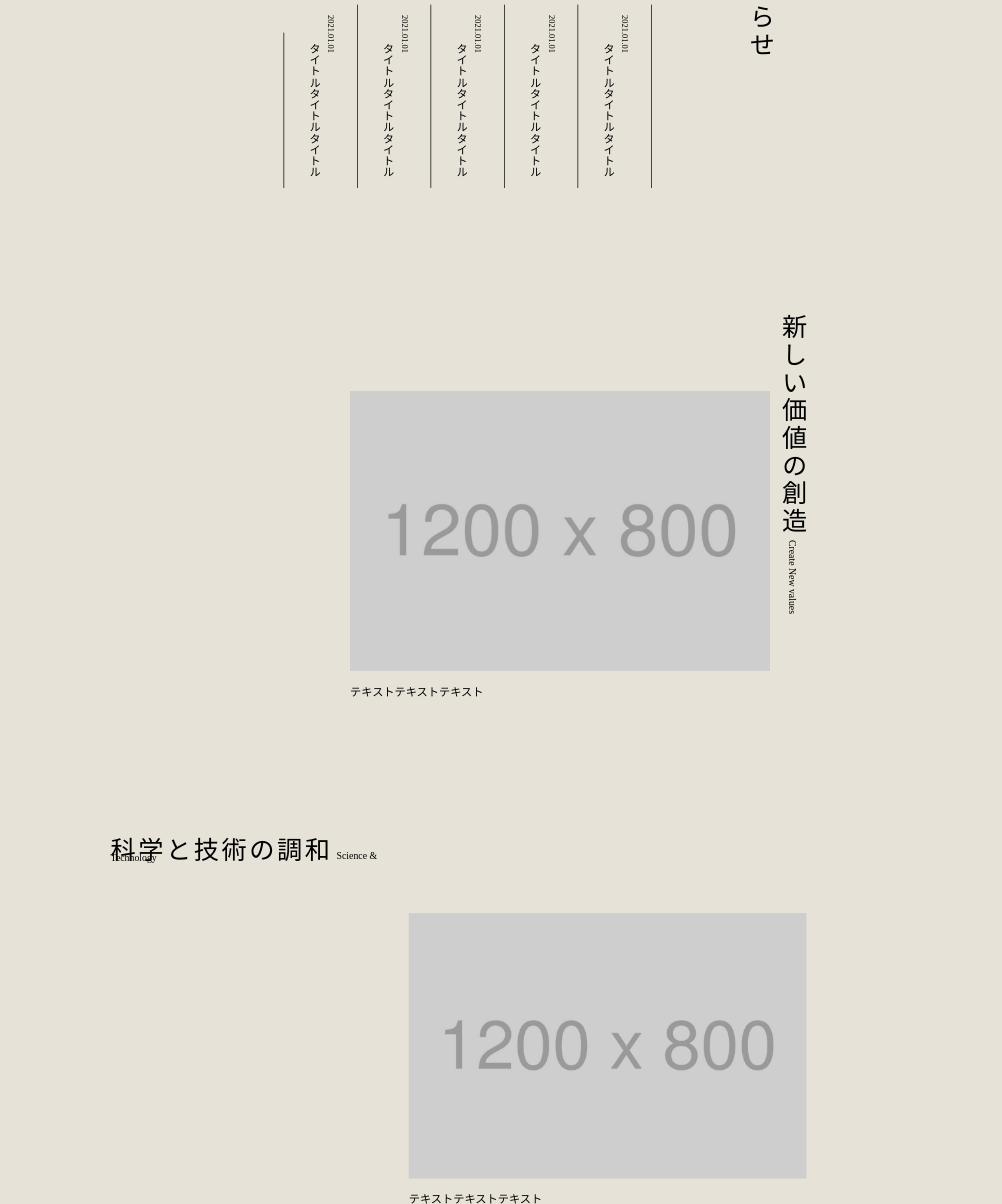
Repository: Fuki-san/wagashi
Page: http://localhost/wagashi
These files come from the project's save history. The page is drawn as it stood at one moment and after the next save; the edit follows.
The browser window is 1280 px wide. The page is 1432 px wide, so the pictures cover 1432 px, including what lies to the right of the window. The pictures show the part of the page from y = 1102 to 2822 px (the page is 3864 px tall), at 70% of full size.
The page is served by the project's Laravel application, run on PHP 8.4 with Laravel 10.

Above is the page before, as saved 2023-12-09 16:39:16.

After the next save:
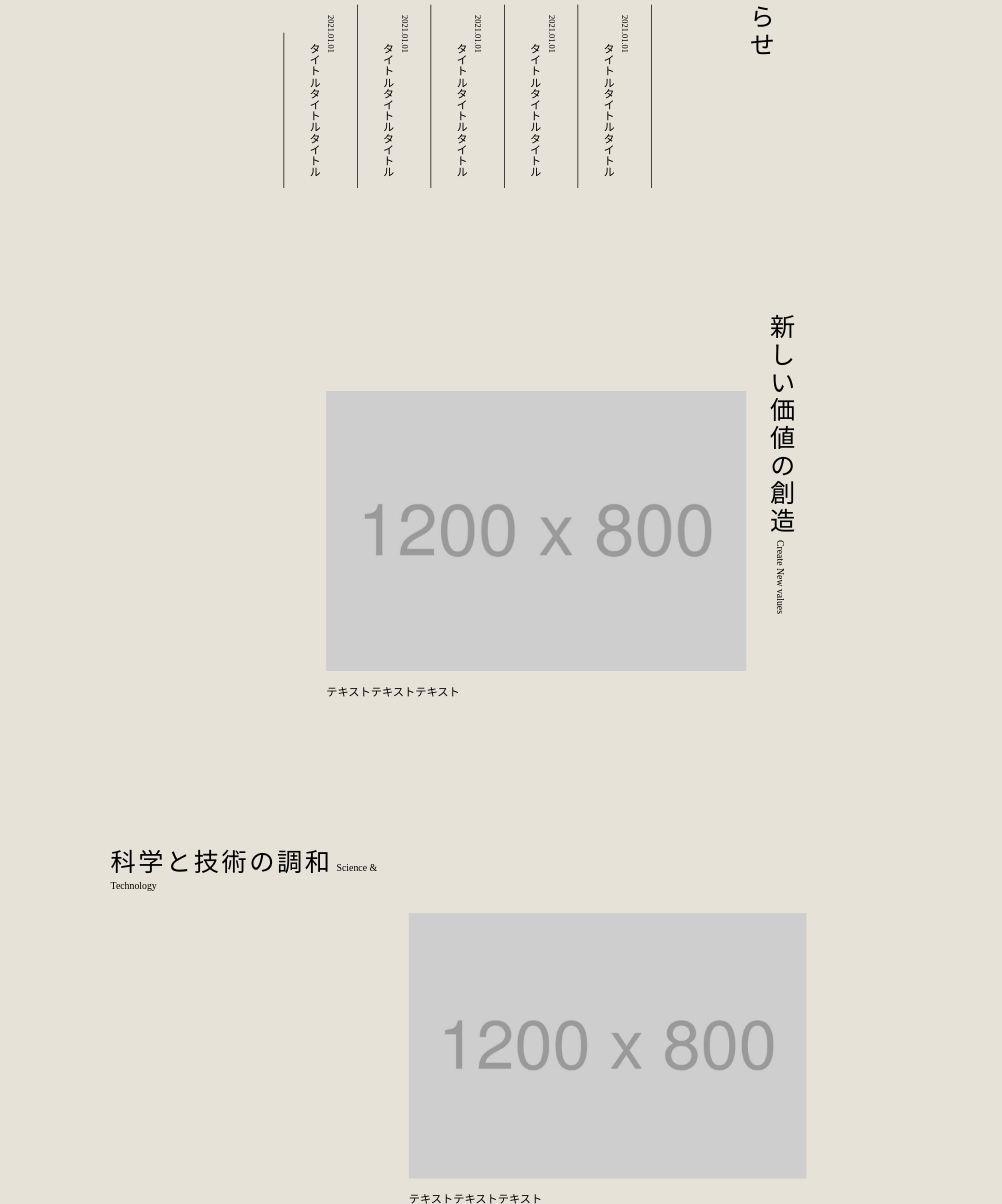
Saved 39 s later.
--- a/public/css/style.css
+++ b/public/css/style.css
@@ -129,7 +129,7 @@
 }
 .products .sec-title{
 
-    line-height: 1px;
+    line-height: 1;
     font-weight: normal;
     margin-left: 30px;
 }

After the save that followed:
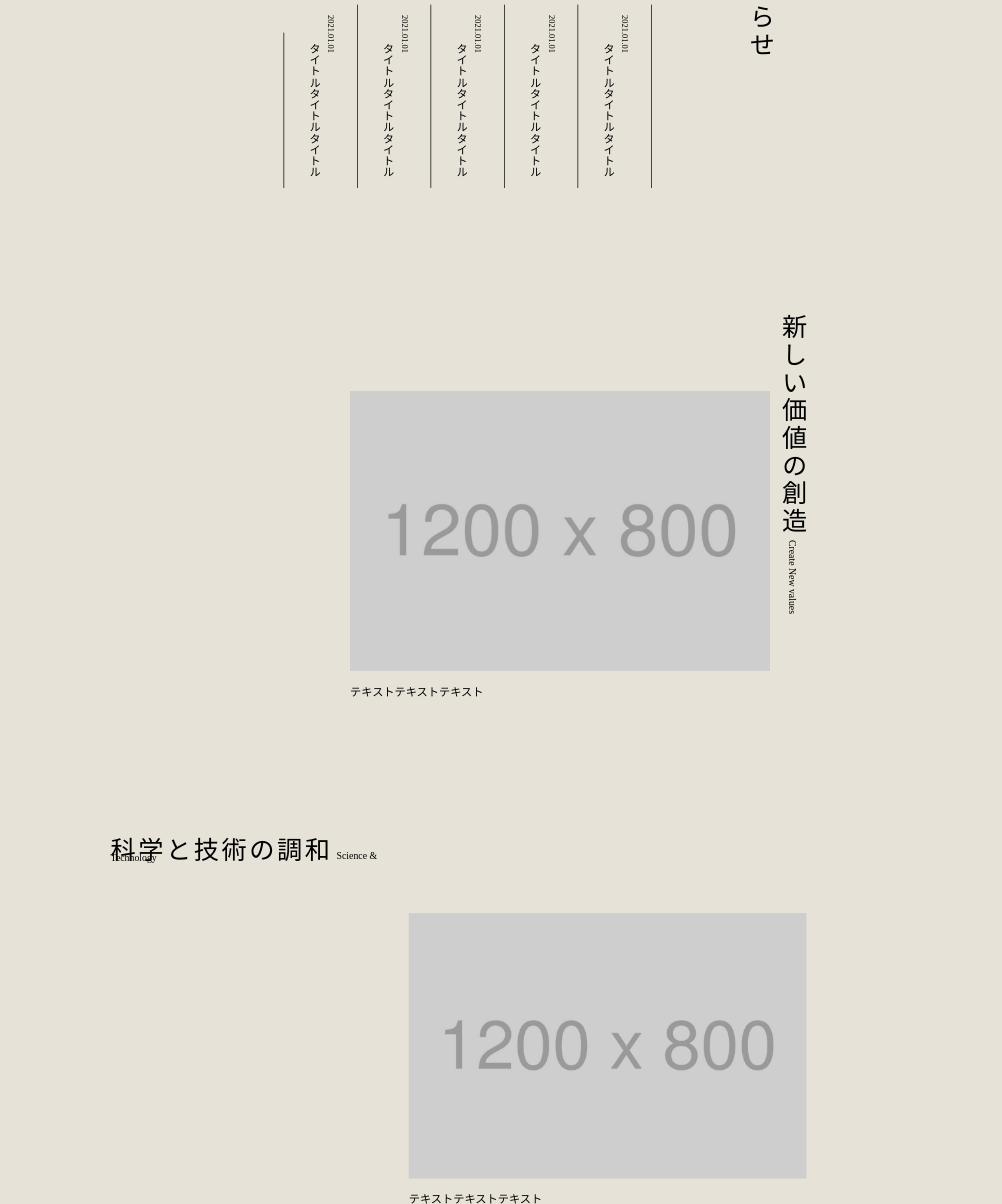
Saved 16 s later.
--- a/public/css/style.css
+++ b/public/css/style.css
@@ -129,7 +129,7 @@
 }
 .products .sec-title{
 
-    line-height: 1;
+    line-height: 1px;
     font-weight: normal;
     margin-left: 30px;
 }
